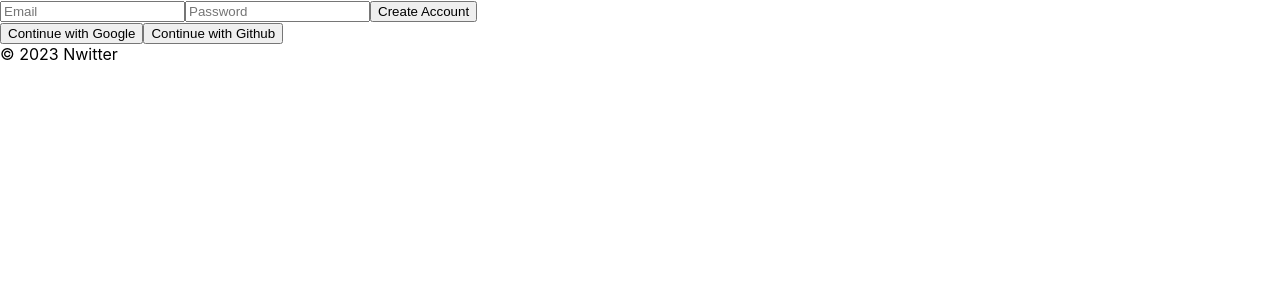
Repository: dnjfht/twitter_clone_project
Page: /
The author's editor kept a copy of each file at every save. The page is drawn from the files as they stood at one save, then again after the next save.
The browser window is 1280 px wide. The pictures show the whole page.
The page's requests for data from a server got no answer. The project was rebuilt for these pictures with package versions that can differ from the ones it lists, and the page was loaded fresh each time. No one was signed in, and anything a server would have sent is missing. Also part of the build but not shown: src/App.css, src/pages/Home.js.

Above is the page before, as saved 2023-02-06 14:23:30.

After the next save:
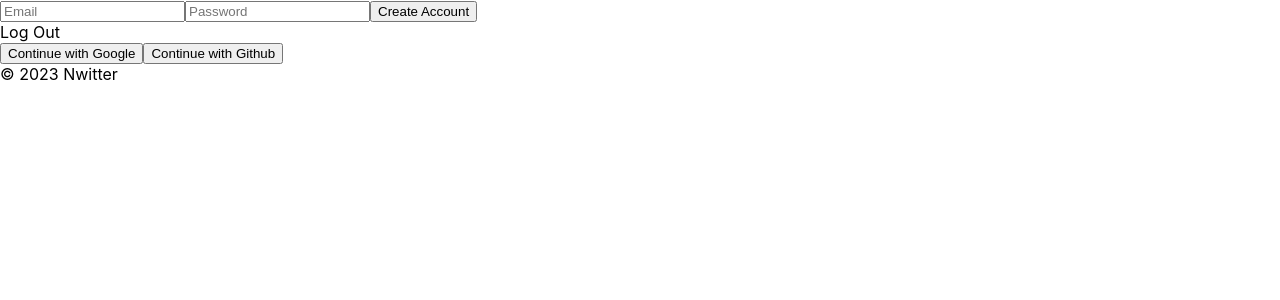
Saved 31 s later.
--- a/src/pages/Auth.js
+++ b/src/pages/Auth.js
@@ -74,6 +74,8 @@ export default function Auth() {
         {error}
       </form>
 
+      <span onClick={toggleAccount}>Log Out</span>
+
       <div>
         <button>Continue with Google</button>
         <button>Continue with Github</button>
